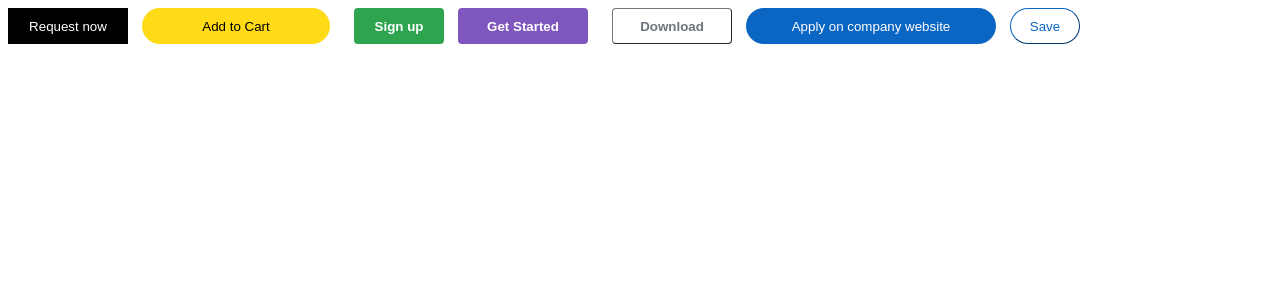
Repository: Kurumilli/Youtube
Page: Exercise3.html
The author's editor kept a copy of each file at every save. The page is drawn from the files as they stood at one save, then again after the next save.
The browser window is 1280 px wide. The pictures show the whole page.
The pointer rests on the first visible `.linkedin2q`.

Above is the page before, as saved 2025-01-25 12:42:06.

After the next save:
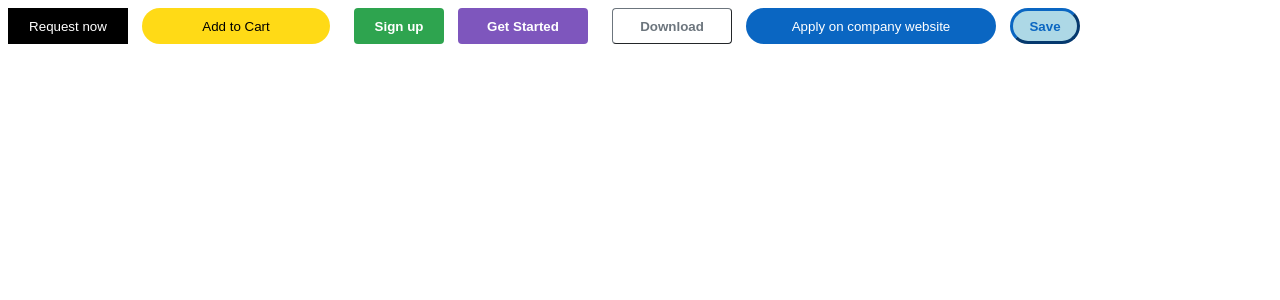
Saved 114 s later.
--- a/Exercise3.html
+++ b/Exercise3.html
@@ -112,6 +112,13 @@
                 border-width: 1px;
                 margin-right: 90px;
             }
+
+            .linkedin2q:hover{
+                 background-color: lightblue;
+                 font-weight: bold;
+                 border-width: 3px;
+                 border-color: rgb(10,102,194);
+            }
          </style>
          <button class="uber">
             Request now
